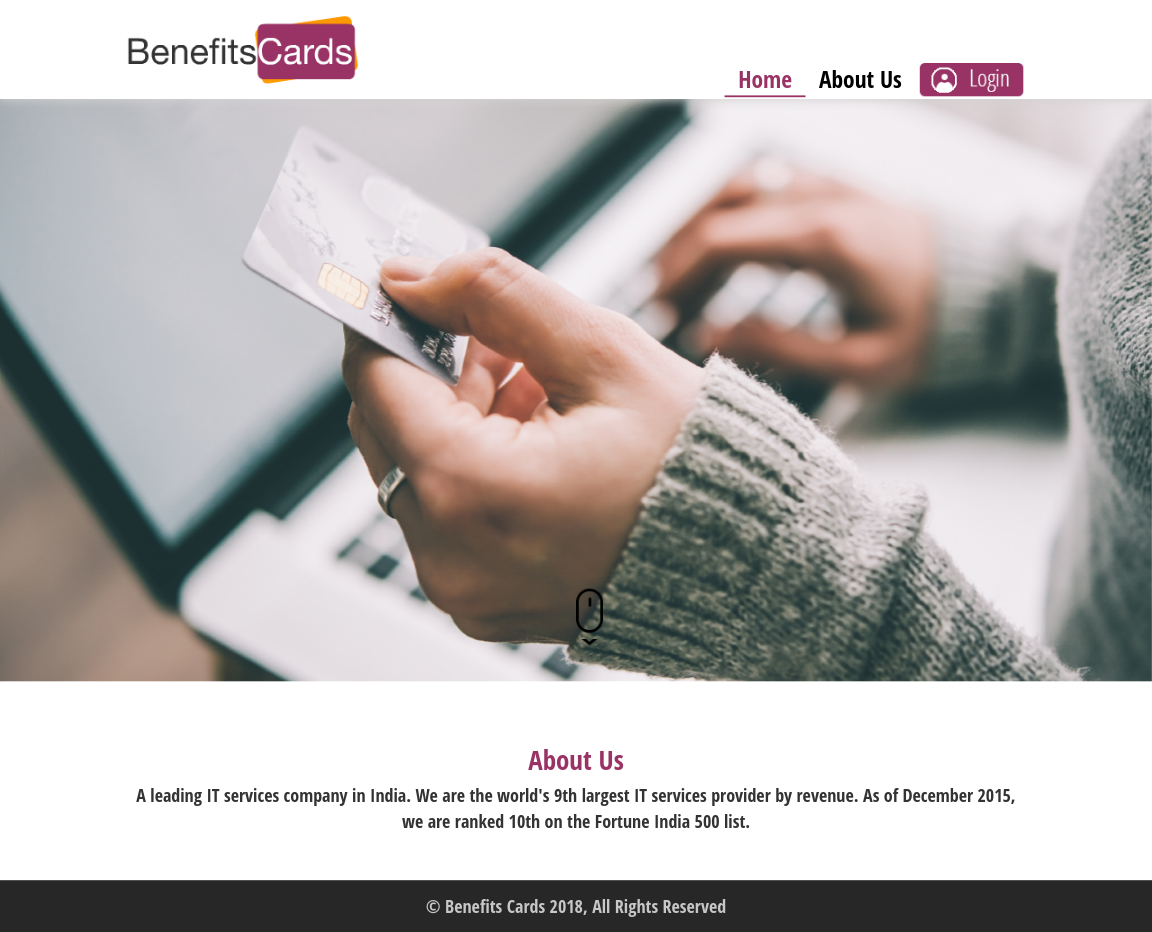
Repository: intkhabahmed/AcceleratedBootcampWebsites
Page: http://localhost/BenefitsCards/UI/index.jsp
An editor plug-in stored every save of this project. The page is shown before and after the next save, followed by the edit.
The browser window is 1280 px wide. The pictures show the whole page, at 90% of full size.
Some web fonts or font styles are not loaded; a fallback is used. The page is served by Tomcat 9. Nobody is signed in. The application's start-up code is not run. Other server files are loaded and not shown.

Above is the page before, as saved 2018-02-12 09:10:58.

### BenefitsCards/WebContent/UI/index.jsp
<%@ page language="java" contentType="text/html; charset=ISO-8859-1"
	pageEncoding="ISO-8859-1"%>
<%@taglib uri="http://java.sun.com/jsp/jstl/core" prefix="c"%>
<!DOCTYPE html>
<html>
<head>
<title>Benefits Cards</title>
<meta http-equiv="Content-Type" content="text/html; charset=ISO-8859-1">
<meta name="viewport" content="width=device-width, initial-scale=1.0">
<link rel="stylesheet" type="text/css" href="css/bootstrap.min.css">
<link rel="stylesheet" type="text/css" href="css/font-awesome.min.css">
<link rel="stylesheet" type="text/css" href="css/custom.css">
<link
	href='https://fonts.googleapis.com/css?family=Open Sans Condensed:300'
	rel='stylesheet'>
</head>
<body id="home">

	<jsp:include page="header.jsp"></jsp:include>


	<!-- <div class="row"> -->
	<div id="carousel-example-generic" class="carousel slide"
		data-ride="carousel">
		<!-- Indicators -->
		<img src="images/downarrow.png" alt="DownArrow" id="downarrow" />
		<!-- Wrapper for slides -->
		<div class="carousel-inner" role="listbox">
			<div class="item active">
				<img src="images/banner.png" alt="">
			</div>
		</div>

	</div>
	<!--end carousel-->

	<!-- </div> -->
	<div class="container">
		<hr>
		<div class="row">
			<div id="aboutus">
				<h2 align="center">About Us</h2>
				<p align="center">A leading IT services company in India. We are
					the world's 9th largest IT services provider by revenue. As of
					December 2015, we are ranked 10th on the Fortune India 500 list.</p>
			</div>
			<!--end aboutus-->
		</div>
		<hr>
	</div>
	<!--end container-->
	<div id="footer">
		<footer>
			<p align="center">&copy; Benefits Cards 2018, All Rights Reserved</p>
		</footer>
	</div>
	<div class="overlay" title="click to close"></div>
	<div id="loginWindow">
		<h2 align="center">Login Form</h2>
		<form class="form-vertical" method="post" action="login.html"
			id="login_form">
			<div class="form-group">
				<input type="text" name="username" required="required"
					class="form-control" placeholder="Enter UserName" /> <input
					type="password" name="password" required="required"
					class="form-control" placeholder="Enter Password" />

			</div>
			<div class="form-group">
				<h4 id="forgotPass">
					<a href="#" class="pull-left">Forgot Password?</a>
				</h4>
				<input type="submit" name="login_btn" id="login_btn" value="Login"
					class="pull-right btn btn-default" />
			</div>
		</form>
	</div>
	<div id="queryWindow">
		<h2 align="center">Query Form</h2>
		<form class="form-vertical" method="post" action="askQuery.html"
			id="query_form">
			<div class="form-group">
				<label class="form-label" for="receiver">Choose Company</label> <br>
				<input type="radio" name="receiver" required="required"
					value="BeneesFradia" /> BeneesFradia &nbsp;&nbsp; <input
					type="radio" name="receiver" value="QuickgunHeadley" />
				QuickgunHeadley <br>
			</div>
			<div class="form-group">
				<textarea rows="4" class="form-control"
					placeholder="Enter the query" name="query"></textarea>
				<input type="submit" name="querySubmit_btn" id="querySubmit_btn"
					value="Send" class="form-control btn btn-default" />
			</div>
		</form>
	</div>

	<div id="uploadWindow">
		<h2 align="center">Upload Proposal</h2>
		<form class="form-vertical" method="post" action="#" id="upload_form"
			enctype="multipart/form-data">
			<div class="form-group">
				<label class="form-label" for="receiver">Choose Company</label> <br>
				<input type="radio" name="receiver" required="required"
					value="BeneesFradia" /> BeneesFradia &nbsp;&nbsp; <input
					type="radio" name="receiver" value="QuickgunHeadley" />
				QuickgunHeadley <br>
			</div>
			<div class="form-group">
				<input type="file" name="propsalFile" id="fileInput"
					required="required" class="pull-left" /> <input type="submit"
					name="propsalSubmit_btn" value="Upload"
					class="btn btn-default pull-right" id="proposalSubmit_btn" />
			</div>
		</form>
	</div>

	<script type="text/javascript" src="js/jquery-3.1.0.min.js"></script>
	<script type="text/javascript" src="js/bootstrap.min.js"></script>
	<script type="text/javascript" src="js/custom.js"></script>
	<c:if test="${errorMessage ne null}">
		<%-- 	<div class="alert alert-danger" role="alert" >"${errorMessage}"</div> --%>
		<script>
			alert("${errorMessage}");
			showLoginPage();
		</script>
	</c:if>
	<c:if test="${successMessage ne null}">
		<%-- 	<div class="alert alert-success" role="alert">"${successMessage}"</div> --%>
		<script>
			alert("${successMessage}");
			window.location = "index.html";
		</script>
	</c:if>
</body>
</html>

### BenefitsCards/WebContent/UI/header.jsp
<%@ page language="java" contentType="text/html; charset=ISO-8859-1"
    pageEncoding="ISO-8859-1"%>
<%@taglib uri="http://java.sun.com/jsp/jstl/core" prefix="c" %>
<nav class="navbar navbar-custom navbar-custom-fitting">
	  <div class="container">
	    <!-- Brand and toggle get grouped for better mobile display -->
	    <div class="navbar-header">
	      <button type="button" class="navbar-toggle collapsed" data-toggle="collapse" data-target="#bs-example-navbar-collapse-1" aria-expanded="false">
	        <span class="sr-only">Toggle navigation</span>
	        <span class="icon-bar"></span>
	        <span class="icon-bar"></span>
	        <span class="icon-bar"></span>
	      </button>
	      <a class="navbar-brand" href="index.html"><img src="images/BC_logo.png" alt="Benefits Cards"></a>
	    </div>

	    <!-- Collect the nav links, forms, and other content for toggling -->
	    <div class="collapse navbar-collapse" id="bs-example-navbar-collapse-1">
	      <ul class="nav navbar-nav navbar-right" id="main-nav">
	        <li class="active"><a href="#home">Home <span class="sr-only">(current)</span></a></li>
	        <li><a href="#aboutus">About Us</a></li>
	        <c:if test="${sessionScope.user.username eq null}">
	        <li id="login_button" onclick="showLoginPage()"><img src="images/loginbtn.png" class="img img-responsive"/></li>
	      	</c:if>
	      	<c:if test="${sessionScope.user.username ne null}">
	      	<li id="uploadForm"><a href="#">Upload Proposal</a></li>
	      	<li id="raiseQuery_btn"><a href="#">Support</a></li>
	        <li class="dropdown">
	          <a href="#" class="dropdown-toggle" data-toggle="dropdown" role="button" aria-haspopup="true" aria-expanded="false">${sessionScope.user.teamName } <span class="fa fa-angle-down"></span></a>
	          <ul class="dropdown-menu">
	            <li><a href="showProfile.html">Dashboard</a></li>
	            <li><a href="logout.html">Logout</a></li>
	          </ul>
	        </li>
	        </c:if>
	      </ul>
	    </div><!-- /.navbar-collapse -->
	  </div><!-- /.container-fluid -->
	</nav>

### BenefitsCards/WebContent/css/custom.css
/****************************Common CSS**************************/

.padding-10x{
	padding: 10px;
}
.padding-5x{
	padding: 5px;
}
.padding-20x{
	padding: 20px;
}

.center{
	display: block;
	margin: 0 auto;
}
.no-margin {
	margin: 0;
}
.error {
	color: red;
}
.success {
	color: #5cb85c;
}
#errorBlock{
	position: absolute;
	top: 15%;
	width: 100%;
}
body {
	font-family: Open Sans Condensed !important;
	font-size: 20px !important;
}
.dropdown-menu {
	font-size: 18px;
    background-color: #000;
    opacity: 0.7;
    border: 1px solid #ccc;
    border: 1px solid rgba(0,0,0,.15);
    border-radius: 0px;
    top: 110%;
}
.dropdown-menu li a{
	color: #ffffff;
}
.dropdown-menu li a:hover {
	color: #993366;
	background: #000000;
	opacity: 1;
}
.dropdown> a{
	max-height: 36px;
}

input[type=submit]:hover, .btn:hover {
	color: #333333;
}
p {
    margin: 0 10px;
}
/***********************Index Page*********************************/
hr {
	border-top: none;
}
#home {
	padding-top: 94px;
}
#formContainer {
	border-radius: 15px;
	padding: 10px;
	z-index: 1;
}

#login_btn_cover {
	padding: 3px;
}

#homeBannerImage{
	min-height: 370px;
	z-index: 1;
}

@media screen and (min-width: 991px){
	.navbar-custom-fitting {
		width: 100%;
	}
	.container {
		max-width: 1024px;
	}

	.navbar-brand {
		padding: 10px !important;
		height: auto;
	}
	#main-nav {
		margin-top: 39px;
		height: 53px;
		padding-top: 30px;
	}
	nav> .container {
		height: auto;
	}

	.carousel {
		width: 100%;

	}
	.carousel-inner>.item>img {
		width: 100%;
	}
	#loginWindow {
		width: 30vw;
		left: 35vw;
	}
	#uploadWindow {
		width: 40vw;
		left: 30vw;
	}
	#queryWindow {
		width: 30vw;
		left: 35vw;
	}
	#confirmWindow {
		width: 30vw;
		left: 35vw;
	}
}

@media screen and (min-width: 768px) and (max-width: 990px){
	#main-nav {
		height: 40px;
		padding-top: 23px;
		margin-top: 30px;
	}

	.navbar-custom-fitting {
		width: 100%;
	}
	.navbar-brand {
		padding: 10px !important;
    	height: auto;
	}
	#login_button {
		margin-bottom: 2px;
	}
	nav> .container {
		height: 92px;
	}
	.carousel {
		width: 100%;
		height: 60vh;
	}
	.carousel-inner>.item>img {
		width: 100%;
		height: 60vh;
	}
	.container {
		max-width: 100%;
		width: 100%;
	}
	#loginWindow {
		width: 40vw;
		left: 35vw;
	}
	#uploadWindow {
		left: 30vw;
		width: 40vw;
	}
	#queryWindow {
		width: 40vw;
		left: 35vw;
	}
	#confirmWindow {
		width: 30vw;
		left: 35vw;
	}
}

@media screen and (max-width: 767px){
	nav> .container {
		padding: 2px;
		width: 100%;
		height: auto;
	}

	.navbar-custom-fitting {
		width: 100%;
	}
	.navbar-brand {
		padding: 0px 25px !important;
	}
	.navbar-header {
		height: 90px;
	}
	#main-nav {
		margin-top: 39px;
		background-color: #ffffff;
   	 	padding: 15px;

	}
	#login_button {
		margin: 5px 15px;
	}
	.carousel {
		width: 100%;
		height: 50vh;
		margin: 0 auto;
	}
	.carousel-inner>.item>img {
		width: 100%;
		height: 50vh;
	}
	.container {
		max-width: 100%;
		width: 100%;
	}
	#loginWindow, #uploadWindow, #queryQindow, #confirmWindow {
		width: 100%;
	}
	#shortcut_links .col-sm-4 img {
		display: block;
		margin: 0 auto;
		width: 100%;
	}
	.navbar-toggle {
		margin-top: 30px;
    	margin-right: 45px;
	}
}
.navbar-nav {
	font-size: 26px !important;
}
#login_button {
	cursor: pointer;
	margin-left: 5px;
}
.navbar-nav> .active a {
	border-bottom: 2px solid #993366 ;
	color: #993366 !important;
	background-color: transparent !important;
}

.navbar {
	border-radius: 0px;
}

.navbar-custom {
	background: #FFFFFF;
}

.navbar-nav a {
	transition: all 0.5s ease-in-out;
}

.contact-form-fields input {
	margin: 3px 0;
}

.navbar-nav a{
	color: #000000;
}

.navbar-custom-fitting {
	position: fixed;
	top: 0;
	z-index: 1030;
	box-shadow: -1px 1px 11px 0px #d2d2d2;
}

.navbar-nav>li>a {
	padding: 8px 15px !important;
}

/***********************UserProfile Page*********************************/
.navbar-toggle>.icon-bar {
	background-color: #000000;
}
.navbar-toggle {
	border-color: #000000;
}
.navbar-toggle:hover {
	border-color: #333333;
	background-color: #eeeeee;
}

/***********************Footer******************************************/
#footer {
	background: #282727;
	color: #c7c7c7;
	width: 100%;
	padding: 15px;
}

#footerSpace{
	margin-top: 65px;
}

/***********************Error Page*********************************/
#errorBlock{
	position: absolute;
	top: 15%;
	width: 100%;
}

/***********************Login Modal View*********************************/
.overlay {
	position: fixed;
	top: 0;
	left: 0;
	width: 100%;
	opacity: 0.7;
	min-height: 100%;
	display: none;
	background-color: #000000;
	z-index: 1031;
	cursor: pointer;
}
#loginWindow, #uploadWindow, #queryWindow, #confirmWindow {
	position: fixed;
	top: 25vh;
	z-index: 1032;
	opacity: 1;
	display: none;
	color: #ffffff;
	background-color: #993366;
	padding: 10px;
}
#loginWindow a {
	color: #eeeeee;
}

#login_form input, #upload_form input, #query_form input{
	margin: 10px 0;

}

textarea {
    resize: none;
}

#left-control-button, #right-control-button {
	padding-bottom: 5px;
	background-color: #ffffff;
	color: #000000;
}

#aboutus {
	padding: 10px;

}
#aboutus h2 {
	color: #993366;
}
.carousel-control {
	top: 50%;
}
.carousel-control.left, .carousel-control.right {
	background-image: none;
}

#downarrow {
	position: absolute;
	bottom: 40px;
	left: 50%;
	z-index: 1;
}


#profile_logo_container {
	box-shadow: 0px 1px 11px 0px #d2d2d2;
	padding: 5px;
	width: 100%;
}
#login_btn, #querySubmit_btn, #proposalSubmit_btn, #deleteQuery_btn, #cancel_btn {
	background: #ffffff !important;
}
#login_btn:hover, #querySubmit_btn:hover, #proposalSubmit_btn:hover, #deleteQuery_btn:hover, #cancel_btn:hover {
	color: #993366;
}
input[type=submit], .btn {
	font-size: 26px;
	padding-top: 0px;
	border: 0px;
	background: #993366;
}
input[type=submit]:active, .btn:active {
	background: #993366 !important;
}
input[type=submit]:hover, .btn:hover {
	background: #993366;
	color: #eeeeee;
}

### BenefitsCards/WebContent/js/custom.js
$(function(){
	$("nav a").click(function(){
		$('html, body').animate({
        scrollTop: $(this.hash).offset().top
    }, 1500);
    return false;
	});

	$("nav a").click(function(){
		$("nav li").removeClass("active");
		$(this).parent().addClass("active");
	});


	$(".overlay").on('click', function(){
		$(this).fadeOut();
		$("#loginWindow").fadeOut();
		$("#uploadWindow").fadeOut();
		$("#queryWindow").fadeOut();
		$("#confirmWindow").fadeOut();
	});

	$("#uploadForm, #uploadForm_shortcut").on('click', function(){
		$(".overlay").fadeIn();
		$("#uploadWindow").fadeIn();
		return false;
	});

	$("#raiseQuery_btn").on('click', function(){
		$(".overlay").fadeIn();
		$("#queryWindow").fadeIn();
	});

	$(".carousel-control.left").mouseenter(function(){
		$("#left-indicator img").attr("src", "images/leftarrow_ro.png");
	});
	$(".carousel-control.right").mouseenter(function(){
		$("#right-indicator img").attr("src", "images/rightarrow_ro.png");
	});

	$(".carousel-control.left").mouseleave(function(){
		$("#left-indicator img").attr("src", "images/leftarrow.png");
	});
	$(".carousel-control.right").mouseleave(function(){
		$("#right-indicator img").attr("src", "images/rightarrow.png");
	});

	$("#proposalSubmit_btn").bind('click', function(){
		var input = document.getElementById("fileInput");
		if(input.files[0].size >= 10485760){
			alert("File size should be less than 10MB");
			return false;
		}else{
			$("#upload_form").attr("action", "uploadFile.html");
			return true;
		}
	});

	$("#login_button img").mouseenter(function(){
		$(this).attr("src", "images/loginbtn_over.png");
	});
	$("#login_button img").mouseleave(function(){
		$(this).attr("src", "images/loginbtn.png");
	});

	$("#forgotPass").click(function(){
		alert("Please Contact Support Team");
	});

	$("#delete_btn").click(function(){
		$(".overlay").fadeIn();
		$("#confirmWindow").fadeIn();
	});

	$("#cancel_btn").click(function(){
		$(".overlay").fadeOut();
		$("#confirmWindow").fadeOut();
	});

});
function showLoginPage(){
	$(".overlay").fadeIn();
	$("#loginWindow").fadeIn();
}
function showAlert(value){
	alert(value.text());
}

Loaded but not shown: BenefitsCards/WebContent/css/bootstrap.min.css (library); BenefitsCards/WebContent/css/font-awesome.min.css (library); BenefitsCards/WebContent/js/jquery-3.1.0.min.js (library); BenefitsCards/WebContent/js/bootstrap.min.js (library)

After the next save:
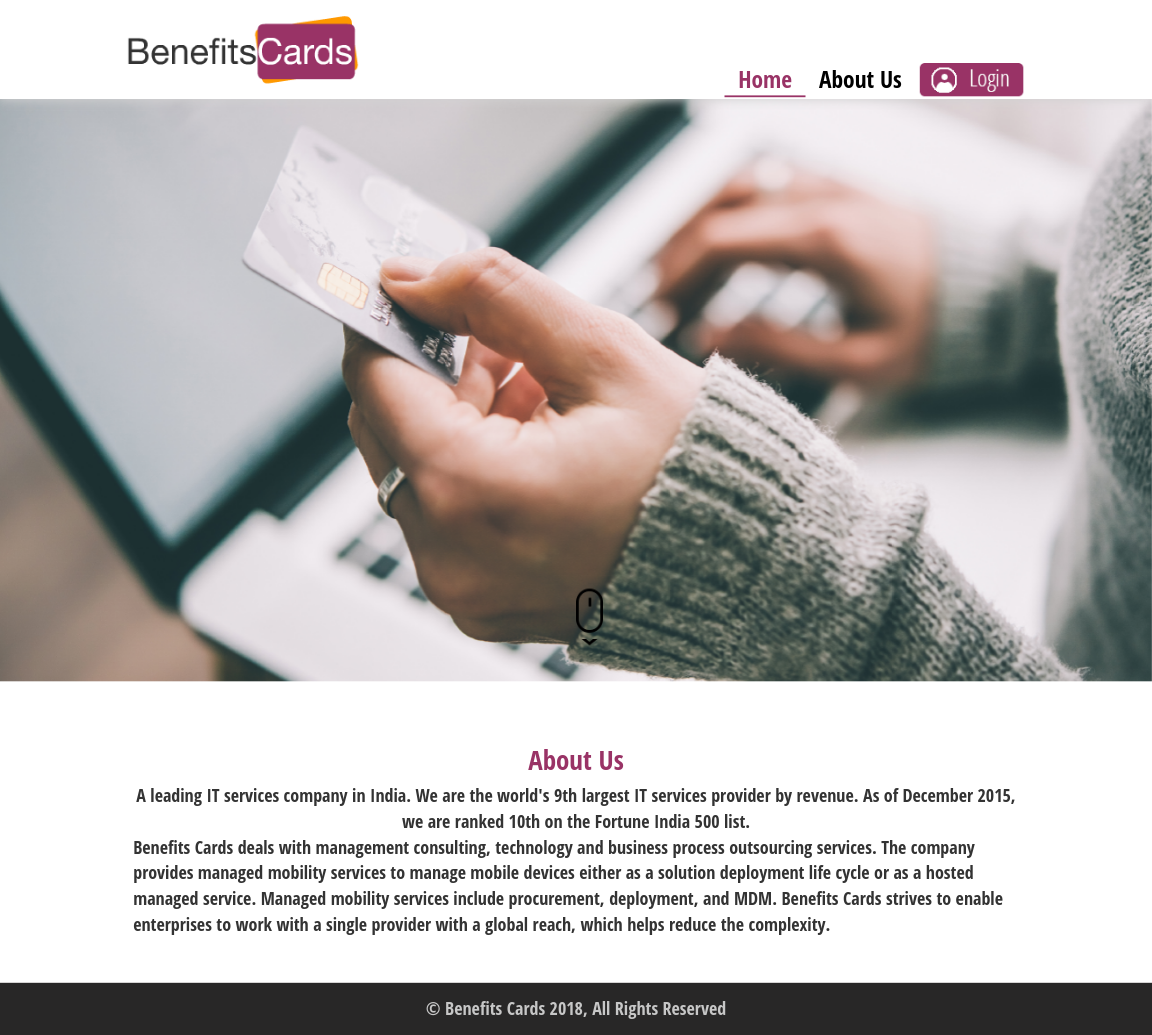
Saved 22 h 59 min later.
--- a/BenefitsCards/WebContent/UI/index.jsp
+++ b/BenefitsCards/WebContent/UI/index.jsp
@@ -43,6 +43,13 @@
 				<p align="center">A leading IT services company in India. We are
 					the world's 9th largest IT services provider by revenue. As of
 					December 2015, we are ranked 10th on the Fortune India 500 list.</p>
+				<p>Benefits Cards deals with management consulting, technology
+					and business process outsourcing services. The company provides
+					managed mobility services to manage mobile devices either as a
+					solution deployment life cycle or as a hosted managed service.
+					Managed mobility services include procurement, deployment, and MDM.
+					Benefits Cards strives to enable enterprises to work with a single
+					provider with a global reach, which helps reduce the complexity.</p>
 			</div>
 			<!--end aboutus-->
 		</div>
